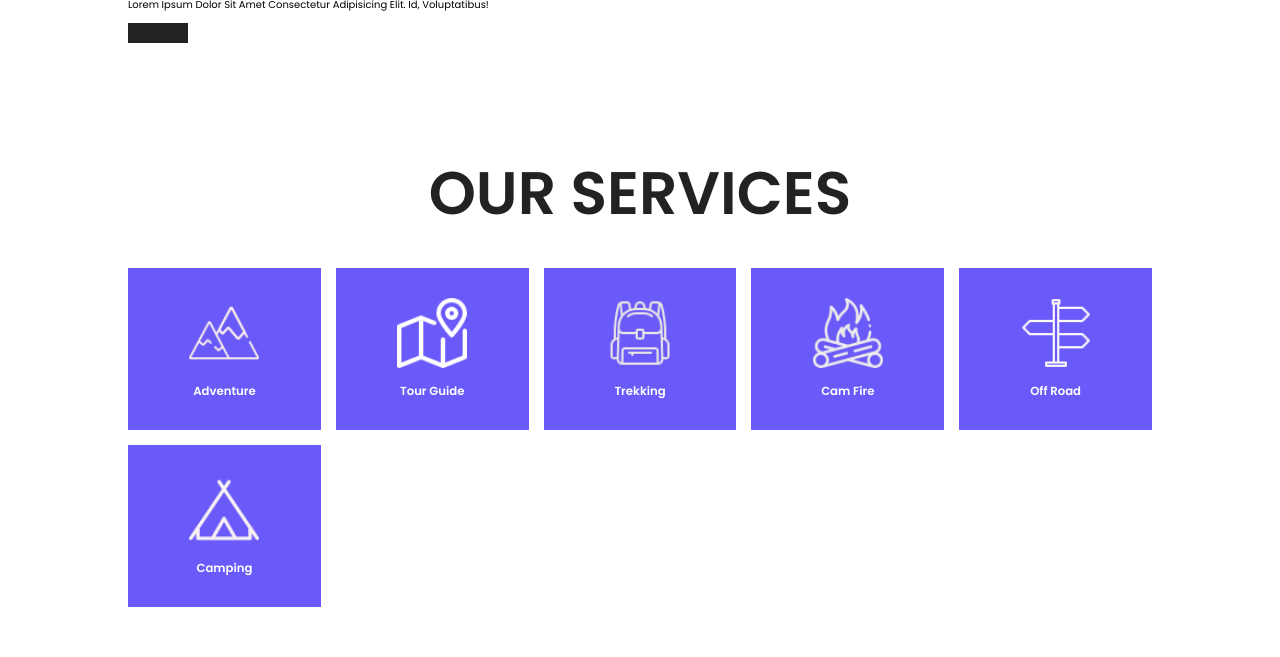
Repository: CTCuong/Traveloka-Web
Page: assets/home.html
The author's editor kept a copy of each file at every save. The page is drawn from the files as they stood at one save, then again after the next save.
The browser window is 1280 px wide. The pictures show the part of the page from y = 1567 to 2224 px (the page is 2870 px tall before and 2891 px after).
Pictures or frames that could not be fetched are drawn as grey boxes. A picture or video elsewhere on the page could not be fetched, so the positions and the page height are approximate. Backgrounds fixed to the window are drawn as part of the page.

Above is the page before, as saved 2023-07-04 20:52:44.

### assets/home.html
<!DOCTYPE html>
<html lang="en">
<head>
    <meta charset="UTF-8">
    <meta name="viewport" content="width=device-width, initial-scale=1.0">
    <title>Document</title>
    <!--swiper css-->
    <link rel="stylesheet"href="https://cdn.jsdelivr.net/npm/swiper@9/swiper-bundle.min.css"/>
    <!--font awesome link-->
    <link rel="stylesheet" href="https://cdnjs.cloudflare.com/ajax/libs/font-awesome/6.4.0/css/all.min.css">
    <!-- css file link -->
    <link rel="stylesheet" href="/assets/css/style.css">
</head>
<body>
    <!-- header section starts -->
    <section class="header">
        <a href="home.html" class="logo">travel.</a>

        <nav class="navbar">
            <a href="home.html">Home</a>
            <a href="about.html">About</a>
            <a href="package.html">Package</a>
            <a href="book.html">Book</a>

        </nav>

        <div id="menu-btn" class="fas fa-bars"></div>
    </section>
    <!-- header section ends -->

    <!-- home section starts -->
    <section class="home">

        <div class="swiper home-slider">

            <div class="swiper-wrapper">

                <div class="swiper-slide slide" style="background: url(/assets/image/Content/sun-moon-lake-morning-taiwan.jpg) no-repeat;">
                    <div class="content">
                        <span>explore, discover, travel</span>
                        <h3>travel arround the world</h3>
                        <a href="package.html" class="btn">discover more</a>
                    </div>
                </div>

                <div class="swiper-slide slide" style="background: url(/assets/image/Content/sun-moon-lake-morning-taiwan.jpg) no-repeat;">
                    <div class="content">
                        <span>explore, discover, travel</span>
                        <h3>discover the new places</h3>
                        <a href="package.html" class="btn">discover more</a>
                    </div>
                </div>

                <div class="swiper-slide slide" style="background: url(/assets/image/Content/sun-moon-lake-morning-taiwan.jpg) no-repeat;">
                    <div class="content">
                        <span>explore, discover, travel</span>
                        <h3>make your tour worthwhile</h3>
                        <a href="package.html" class="btn">discover more</a>
                    </div>
                </div>

            </div>
            <div class="swiper-pagination"></div>

        </div>
    </section>
    <!-- home section ends -->

    <!-- home about section strats -->
    <section class="home-about">

        <div class="image">
            <img src="/assets/image/About/beautiful-sunrise-fishing-dip-nets-pakpra-phatthalung-thailand_335224-816.avif" alt="">
        </div>

        <div class="content">
            <h3>about us</h3>
            <p>Hội An – nơi mà cuộc sống cứ bình lặng như thế. Hội An – nơi mà dường như dòng chảy vô tình của thời gian chẳng thể nào vùi lấp đi cái không khí cổ xưa.
             Những mái ngói cũ phủ đầy rêu phong, những con đường ngập trong sắc đỏ của đèn lồng, những bức hoành phi được chạm trổ tinh vi, tất cả như đưa ta về với
             một thế giới của vài trăm năm trước</p>
            <a href="about.html" class="btn"> read more</a>
        </div>
    </section>

    <!-- home about section ends -->

    <!-- home package section starts -->
    <section class="home-packages">

        <h1 class="heading"> our packages </h1>

        <div class="box-container">

            <div class="box">
                <div class="image">
                    <img src="/assets/image/Packages/antiques-broad-alley-chinese-sunshine.jpg" alt="">
                </div>
                <div class="content">
                    <h3> adventure & tour </h3>
                    <p>Lorem ipsum dolor sit amet consectetur adipisicing elit. Id, voluptatibus!</p>
                    <a href="book.html" class="btn"></a>
                </div>
            </div>

        </div>
    </section>
    <!-- home package section ends -->




    <!-- services section starts -->
    <section class="services">
        <h1 class="heading-title"> our services </h1>

        <div class="box-container">

            <div class="box">
                <img src="/assets/image/Services/1.png" alt="">
                <h3> adventure </h3>
            </div>

            <div class="box">
                <img src="/assets/image/Services/2.png" alt="">
                <h3> tour guide </h3>
            </div>

            <div class="box">
                <img src="/assets/image/Services/3.png" alt="">
                <h3> trekking </h3>
            </div>


            <div class="box">
                <img src="/assets/image/Services/4.png" alt="">
                <h3> cam fire </h3>
            </div>

            <div class="box">
                <img src="/assets/image/Services/5.png" alt="">
                <h3> off road </h3>
            </div>

            <div class="box">
                <img src="/assets/image/Services/6.png" alt="">
                <h3> camping </h3>
            </div>

        </div>
    </section>
    <!-- services section ends -->



    <!-- footer section starts -->

    <section class="footer">
        <div class="box-container">

            <div class="box">
                <h3>quick links</h3>
                <a href="home.html"><i class="fas fa-angle-right"></i>Home</a>
                <a href="about.html"><i class="fas fa-angle-right"></i>About</a>
                <a href="package.html"><i class="fas fa-angle-right"></i>Package</a>
                <a href="book.html"><i class="fas fa-angle-right"></i>Book</a>
            </div>

            <div class="box">
                <h3>extra links</h3>
                <a href="#"><i class="fas fa-angle-right"></i> ask question</a>
                <a href="#"><i class="fas fa-angle-right"></i> about us</a>
                <a href="#"><i class="fas fa-angle-right"></i> privacy policy</a>
                <a href="#"><i class="fas fa-angle-right"></i> terms of use</a>
            </div>

            <div class="box">
                <h3>contract info</h3>
                <a href="#"><i class="fas fa-phone"></i> +84 098-326-789 </a>
                <a href="#"><i class="fas fa-phone"></i> +84 023-908-7865 </a>
                <a href="#"><i class="fas fa-envelope"></i> travekhanas@gmail.com </a>
                <a href="#"><i class="fas fa-map"></i> HaNoi, VietNam   </a>
            </div>

            <div class="box">
                <h3>follow us</h3>
                <a href="#"><i class="fab fa-facebook"></i> facebook </a>
                <a href="#"><i class="fab fa-twitter"></i> twitter </a>
                <a href="#"><i class="fab fa-instagram"></i> instagram </a>
                <a href="#"><i class="fab fa-telegram"></i> telegram </a>
            </div>

        </div>

        <div class="credit"> created by <span>mr. Cao Tran Cuong</span> | all rights reserved! </div>
    </section>
    <!-- footer section ends -->

    <!--swiper js-->
    <script src="https://cdn.jsdelivr.net/npm/swiper@9/swiper-bundle.min.js"></script>
    <!-- js file link -->
    <script src="/assets/js/scrip.js"></script>
</body>
</html>

### assets/css/style.css
@import url('https://fonts.googleapis.com/css2?family=Poppins:ital,wght@0,100;0,200;0,300;0,400;0,500;0,600;1,100;1,200;1,300;1,400;1,500;1,600&display=swap');

:root {
    --main-color:#6A5AF9;
    --black:#222;
    --white: #fff;
    --light-black:#777;
    --light-white:#fff9;
    --drak-bg:rgba(0,0,0,.7);
    --light-bg:#eee;
    --border:1rem solid var(var(--black));
    --text-shadow:0 1.5rem 3rem rgba(0,0,0,.3);
    --box-shadow:0 1.5rem 3rem rgba(0,0,0,.1);
}
* {
    font-family: 'Poppins', sans-serif;
    margin: 0; padding: 0;
    box-sizing: border-box;
    outline: none; border: none;
    text-decoration: none;
    text-transform: capitalize;

}

html {
    font-size: 62.5%;
    overflow-x: hidden;
}

html::-webkit-scrollbar {
    width : 1rem;
}

html::-webkit-scrollbar-track {
    background-color: var(--white);
}

html::-webkit-scrollbar-thumb {
    background-color: var(--main-color);
}
section {
    padding: 5rem 10%;
}
.header {
    position: sticky;
    top:0; left: 0; right: 0;
    z-index: 1000;
    background-color: var(--white);
    display: flex;
    padding-top: 2rem;
    padding-bottom: 2rem;
    box-shadow: var(--box-shadow);
    align-items: center;
    justify-content:space-between;
}

.header .logo {
    font-size: 2.5rem;
    color: var(--black);
}

.header .navbar a {
    font-size: 2rem;
    margin-left: 2rem;
    color: var(--black);
}

#menu-btn {
    font-size: 2.5rem;
    color: var(--black);
    cursor: pointer;
    display: none;
}

.home {
    padding: 0;
}

.home .slide {
    text-align: center;
    padding: 2rem;
    display: flex;
    align-items: center;
    justify-content: center;
    background-size: cover !important;
    background-position: center !important;
    min-height: 60rem;
}

.home .slide .content {
    width: 85rem;
    display: none;
}

.home .swiper-slide-active .content {
    display: inline-block;
}

.home .slide .content span {
    display: block;
    font-size: 2.2rem;
    color: var(--light-white);
    padding-bottom: 1rem;
    animation:fadeIn .4s linear backwards .2s;
}

.home .slide .content h3 {
    font-size: 6vw;
    color: var(--white);
    text-transform: uppercase;
    line-height: 1;
    text-shadow: var(--text-shadow);
    padding: 1rem 0;
    animation:fadeIn .4s linear backwards .4s;
}

.home .slide .content .btn {
    animation:fadeIn .4s linear backwards .6s;
}


@keyframes fadeIn {
    0% {
        transform: scale(0);
        opacity: 0;
    }
}
.btn {
    display: inline-block;
    background: var(--black);
    margin-top: 1rem;
    color: var(--white);
    font-size: 1.7rem;
    padding: 1rem 3rem;
    cursor: pointer;

}

.btn:hover {
    background: var(--main-color);
}

.home-about {
    display: flex;
    align-items: center;
    flex-wrap: wrap;
}

.home-about .image {
    flex: 1 1 41rem;
}

.home-about .image img {
    width: 100%;

}

.home-about .content {
    flex: 1 1 41rem;
    padding: 3rem;
    background: var(--light-bg);
}

.home-about .content h3 {
    font-size: 3rem;
    color: var(--black);
}

.home-about .content p {
    font-size: 1.5rem;
    padding: 1rem;
    line-height:2 ;
    color: var(--black);
}

.services .box-container {
    display: grid;
    grid-template-columns: repeat(auto-fit, minmax(16rem, 1fr));
    gap : 1.5rem;
}

.services .box-container .box {
    padding: 3rem 2rem;
    text-align: center;
    background: var(--main-color);
    cursor: pointer;
}


.services .box-container .box:hover {
    background: var(--black) ;
}

.services .box-container .box h3 {
    color: var(--white);
    font-size: 1,7rem;
    padding-top: 1rem;
}

.services .box-container .box img {
    height: 7rem;
}

.heading-title {
    text-align: center;
    margin-bottom: 3rem;
    font-size: 6rem;
    text-transform: uppercase;
    color: var(--black);
}





























.footer {
    background:url(/assets/image/Footer/low-angle-nature-night-time.jpg) no-repeat;
    background-size: cover;
    background-position: center;
    background-attachment: fixed;
}

.footer .box-container {
    display: grid;
    grid-template-columns: repeat(auto-fit, minmax(25rem, 1fr));
    gap : 3rem;
}

.footer .box-container .box h3{
    color: var(--white);
    font-size: 2.5rem;
    padding-bottom: 2rem;
}

.footer .box-container .box a {
    color: var(--light-white);
    font-size: 1.5rem;
    padding-bottom: 1.5rem;
    display: block;
}

.footer .box-container .box a i {
    color: var(--main-color);
    padding-right: .5rem;
    transition: .2s linear ;
}

.footer .box-container .box a:hover i {
    padding-right: 2rem;
}

.footer .credit {
    text-align: center;
    padding-top: 3.5rem;
    margin-top: 3rem;
    border-top: .1rem solid var(--light-bg);
    font-size: 2rem;
    color: var(--white);
}

.footer .credit span {
    color:var(--main-color);
}



/* media queries */
@media (max-width:1200px) {

    section {
        padding: 3rem 5%;
    }

}

@media (max-width:991px) {

    html {
        font-size: 55%;
    }

    section {
        padding: 3rem 2rem;
    }

    .home .slide .content h3 {
        font-size: 10vw;
    }
}

@media (max-width:768px) {
    #menu-btn {
         display: inline-block;
         transition: .2s linear;
    }

    #menu-btn.fa-times {
        transform: rotate(180deg);
    }

    .header .navbar {
        position: absolute;
        top:99%; left:0; right:0;
        background-color: var(--white);
        border-top: var(--border);
        padding: 2rem;
        transition: .2s linear;
        clip-path: polygon(0 0, 100% 0, 100% 0, 0 0);
    }

    .header .navbar.active {
        clip-path: polygon(0 0, 100% 0, 100% 100%, 0 100%);
    }

    .header .navbar a {
        display:block;
        margin: 2rem;
        text-align: center ;
    }

}
@media (max-width:450px) {

    html {
        font-size: 50%;
    }

    .heading-title {
        font-size: 3.5rem;
    }

}

### assets/js/scrip.js
let menu = document.querySelector('#menu-btn');
let navbar = document.querySelector('.header .navbar');

menu.onclick = () =>{
    menu.classList.toggle('fa-times');
    navbar.classList.toggle('active');
};

window.onscroll = () => {
    menu.classList.remove('fa-times')
    navbar.classList.remove('active')

};

var swiper = new Swiper(".home-slider", {
    spaceBetween: 30,
    pagination: {
      el: ".swiper-pagination",
      clickable: true,
    },
});

After the next save:
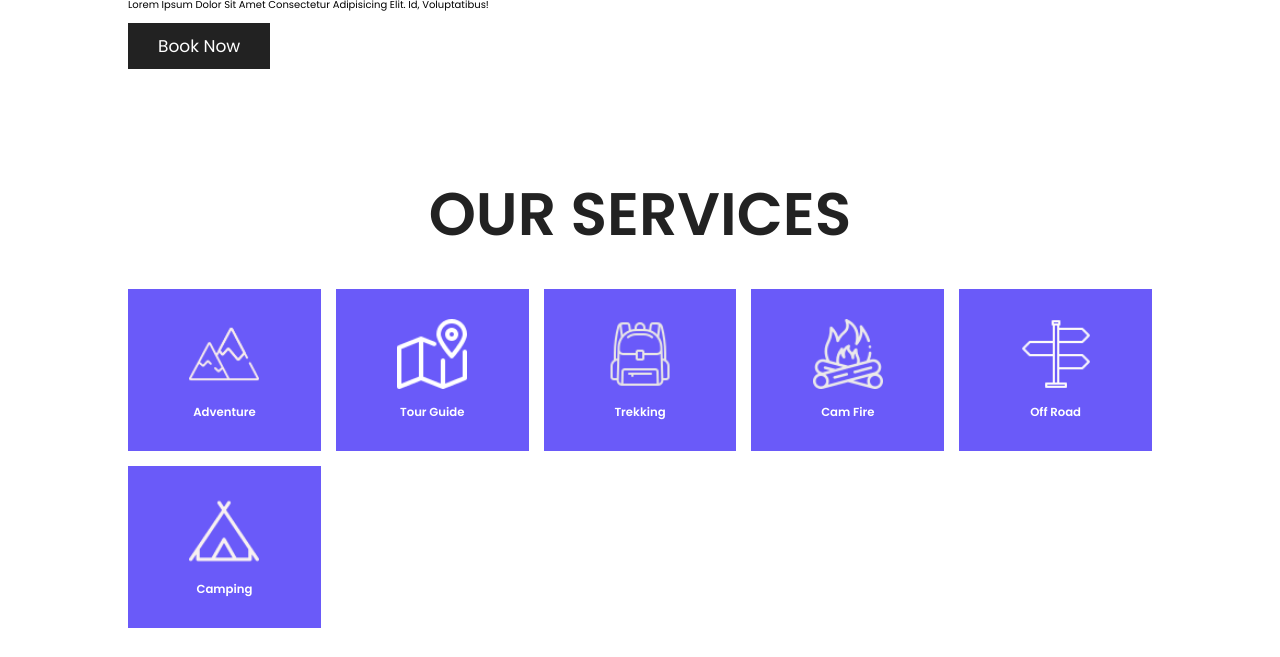
Saved 21 s later.
--- a/assets/home.html
+++ b/assets/home.html
@@ -98,7 +98,7 @@
                 <div class="content">
                     <h3> adventure & tour </h3>
                     <p>Lorem ipsum dolor sit amet consectetur adipisicing elit. Id, voluptatibus!</p>
-                    <a href="book.html" class="btn"></a>
+                    <a href="book.html" class="btn"> book now </a>
                 </div>
             </div>
 
